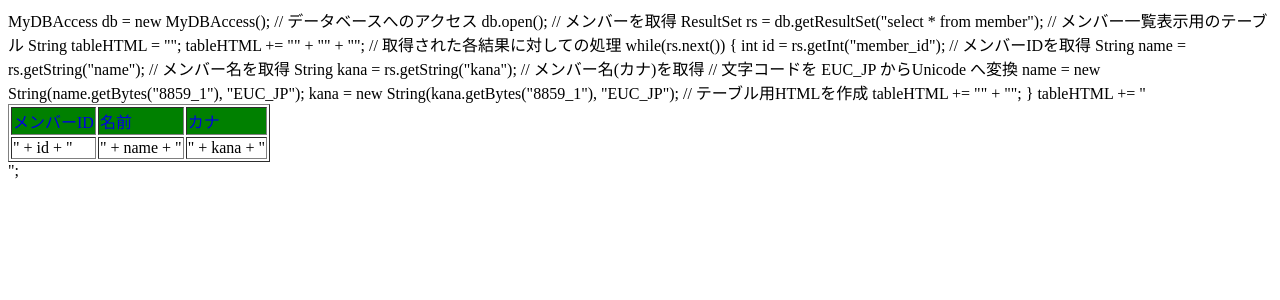
Repository: nathox/backup
Page: http://localhost/Aaaa/j.jsp
An editor plug-in stored every save of this project. The page is shown before and after the next save, followed by the edit.
The browser window is 1280 px wide. The pictures show the whole page.
The page is served by Tomcat 9. Other server files are loaded and not shown.

Above is the page before, as saved 2018-02-05 08:33:31.

### Aaaa/WebContent/j.jsp
<%@ page language="java" contentType="text/html; charset=UTF-8"
    pageEncoding="UTF-8"%>
<!DOCTYPE html PUBLIC "-//W3C//DTD HTML 4.01 Transitional//EN" "http://www.w3.org/TR/html4/loose.dtd">
<html>
<head>
<meta http-equiv="Content-Type" content="text/html; charset=UTF-8">
<title>Insert title here</title>
</head>
<body>

MyDBAccess db = new MyDBAccess();

// データベースへのアクセス
db.open();

// メンバーを取得
ResultSet rs = db.getResultSet("select * from member");

// メンバー一覧表示用のテーブル
String tableHTML = "<table border=1>";
tableHTML += "<tr bgcolor=\"000080\"><td><font color=\"white\">メンバーID</font></td>"
    + "<td><font color=\"white\">名前</font></td>"
    + "<td><font color=\"white\">カナ</font></td>";

// 取得された各結果に対しての処理
while(rs.next()) {

    int id = rs.getInt("member_id"); // メンバーIDを取得
    String name = rs.getString("name"); // メンバー名を取得
    String kana = rs.getString("kana"); // メンバー名(カナ)を取得

    // 文字コードを EUC_JP からUnicode へ変換
    name = new String(name.getBytes("8859_1"), "EUC_JP");
    kana = new String(kana.getBytes("8859_1"), "EUC_JP");

    // テーブル用HTMLを作成
    tableHTML += "<tr><td align=\"right\">" + id + "</td>"
              + "<td>" + name + "</td><td>" + kana + "</td></tr>";
}

tableHTML += "</table>";














</body>
</html>

After the next save:
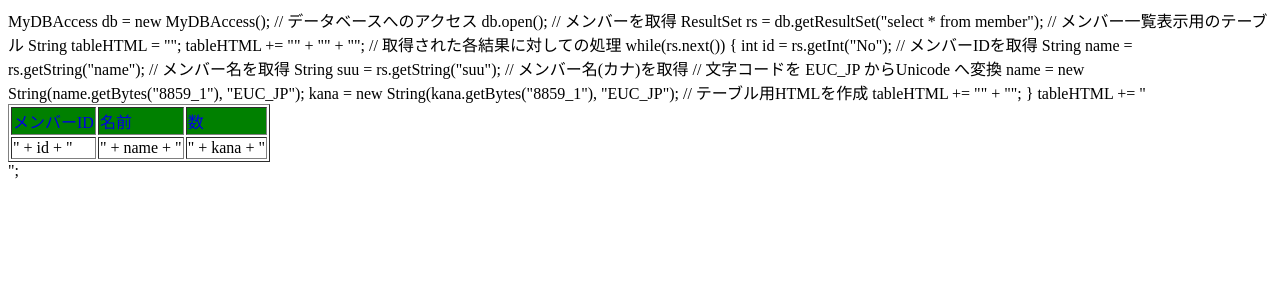
Saved 12 min 7 s later.
--- a/Aaaa/WebContent/j.jsp
+++ b/Aaaa/WebContent/j.jsp
@@ -20,14 +20,14 @@ ResultSet rs = db.getResultSet("select * from member");
 String tableHTML = "<table border=1>";
 tableHTML += "<tr bgcolor=\"000080\"><td><font color=\"white\">メンバーID</font></td>"
     + "<td><font color=\"white\">名前</font></td>"
-    + "<td><font color=\"white\">カナ</font></td>";
+    + "<td><font color=\"white\">数</font></td>";
 
 // 取得された各結果に対しての処理
 while(rs.next()) {
 
-    int id = rs.getInt("member_id"); // メンバーIDを取得
+    int id = rs.getInt("No"); // メンバーIDを取得
     String name = rs.getString("name"); // メンバー名を取得
-    String kana = rs.getString("kana"); // メンバー名(カナ)を取得
+    String suu = rs.getString("suu"); // メンバー名(カナ)を取得
 
     // 文字コードを EUC_JP からUnicode へ変換
     name = new String(name.getBytes("8859_1"), "EUC_JP");
